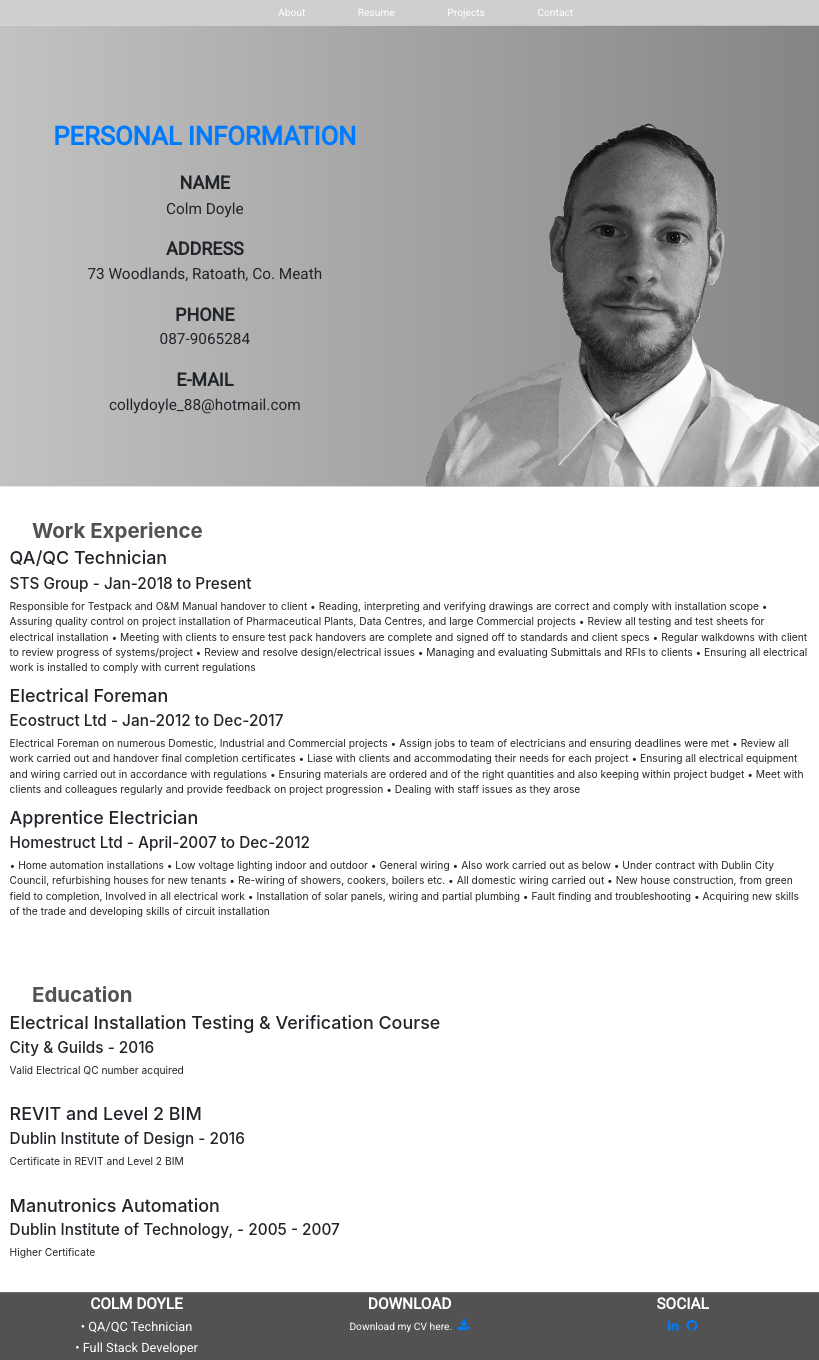
Repository: Code-Institute-Submissions/collyd21-milestone1
Page: resume.html
The author's editor kept a record of every edit. The page is drawn from the files as they stood at one moment, then again after the next edit.
The browser window is 1280 px wide. The pictures show the whole page, at 64% of full size.
Some web libraries are served in a nearby version.

Above is the page before.

After the next edit:
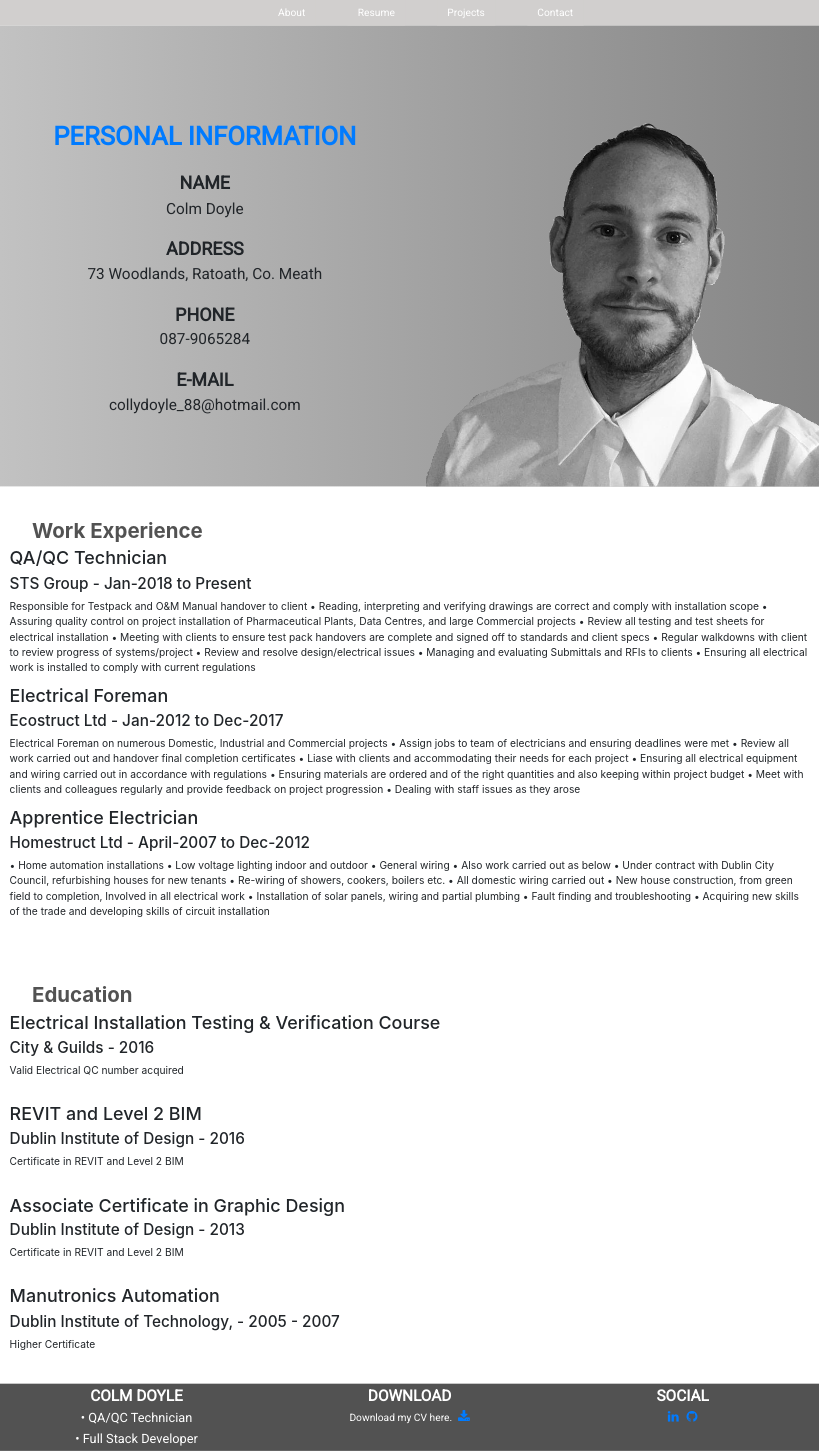
The edit:
--- a/resume.html
+++ b/resume.html
@@ -102,6 +102,12 @@
                 <br>
             </div>
             <div class="col-12 work-experience">
+                <h3>Associate Certificate in Graphic Design</h3>
+                <h4>Dublin Institute of Design - 2013</h4>
+                <p>Certificate in REVIT and Level 2 BIM</p>
+                <br>
+            </div>
+            <div class="col-12 work-experience">
                 <h3>Manutronics Automation</h3>
                 <h4>Dublin Institute of Technology, - 2005 - 2007</h4>
                 <p class="bottom-margin">Higher Certificate</p>
